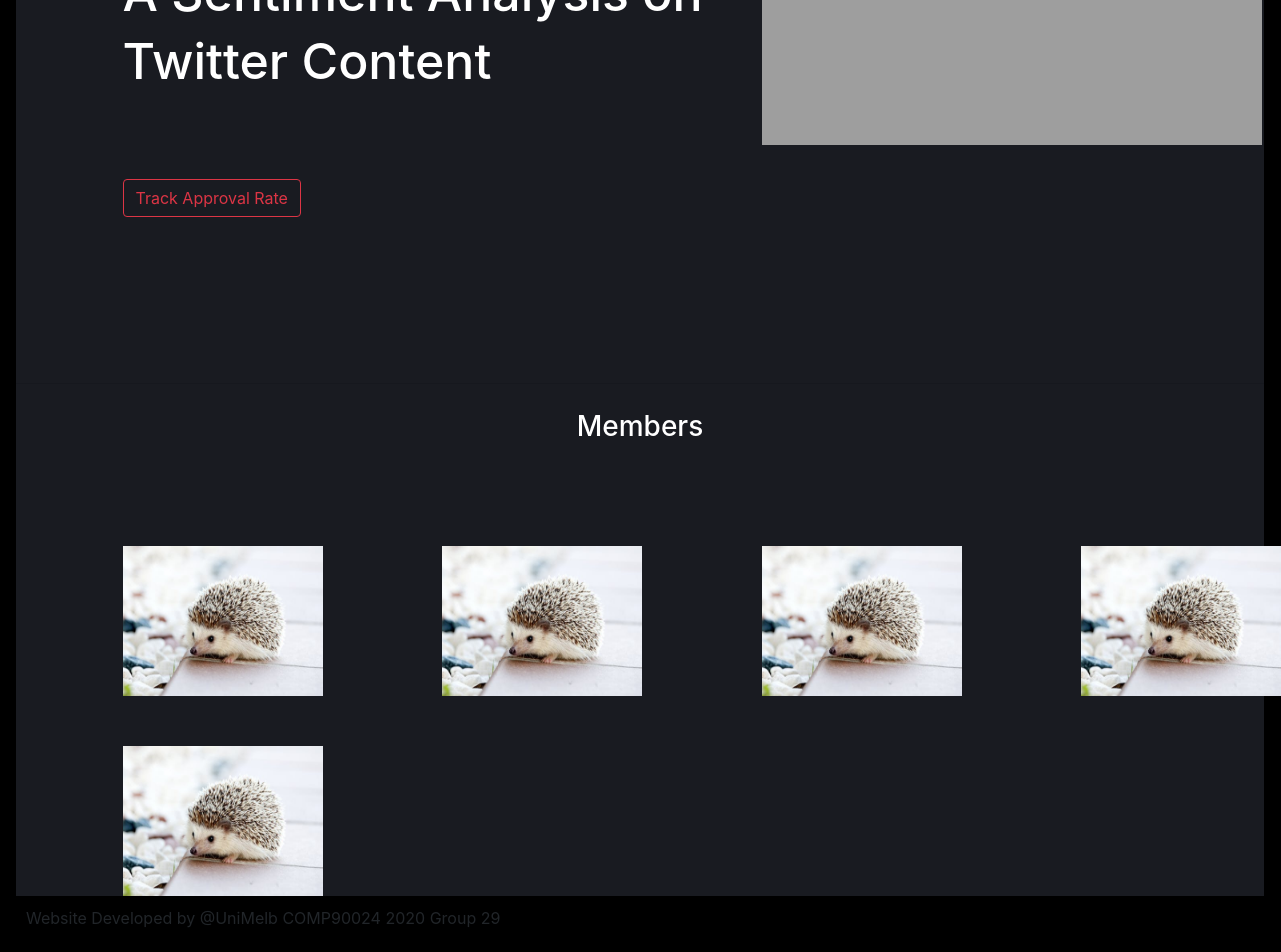
Repository: gusyi/COMP90024_Team29
Page: frontend/templates/frontend/home.html
The author's editor kept a copy of each file at every save. The page is drawn from the files as they stood at one save, then again after the next save.
The browser window is 1280 px wide. The page is 1281 px wide, then 1280 px, so the pictures cover 1281 px, including what lies to the right of the window. The pictures show the part of the page from y = 534 to 1486 px (the page is 1486 px tall before and 1286 px after).
Pictures or frames that could not be fetched are drawn as grey boxes. Some web libraries are served in a nearby version. The template is drawn by Django 3.2. The application's start-up code is not run. The template is opened directly, without the code that normally fills it, so the values that code supplies are empty.

Above is the page before, as saved 2020-05-25 23:25:11.

After the next save:
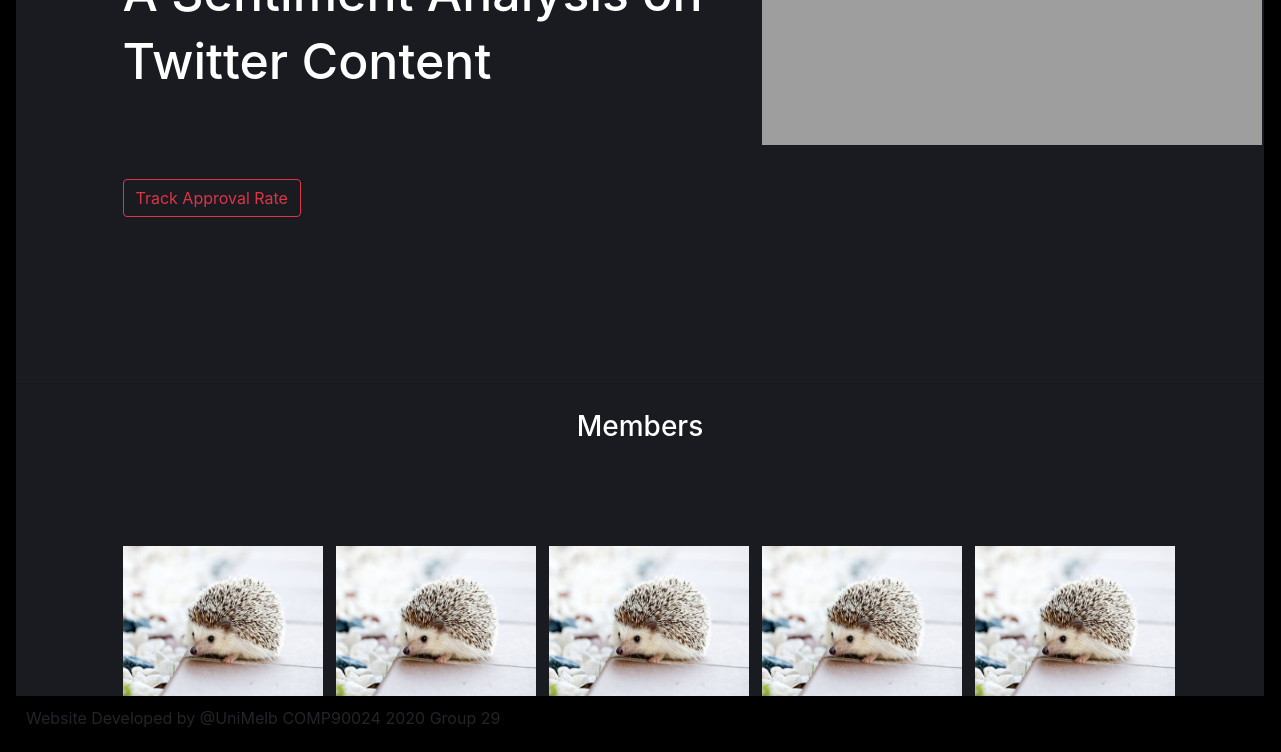
Saved 28 s later.
--- a/backend/frontend/templates/frontend/home.html
+++ b/backend/frontend/templates/frontend/home.html
@@ -51,7 +51,7 @@
 
 
         </div>
-        <div class="col-sm-1"></div>
+
         <div class="col-sm-2">
             <div style="height: 50px"></div>
             {% load static %}
@@ -59,7 +59,7 @@
 
 
         </div>
-        <div class="col-sm-1"></div>
+
         <div class="col-sm-2">
             <div style="height: 50px"></div>
             {% load static %}
@@ -67,7 +67,7 @@
 
 
         </div>
-        <div class="col-sm-1"></div>
+
         <div class="col-sm-2">
             <div style="height: 50px"></div>
             {% load static %}
@@ -75,7 +75,7 @@
 
 
         </div>
-        <div class="col-sm-1"></div>
+
         <div class="col-sm-2">
             <div style="height: 50px"></div>
             {% load static %}
